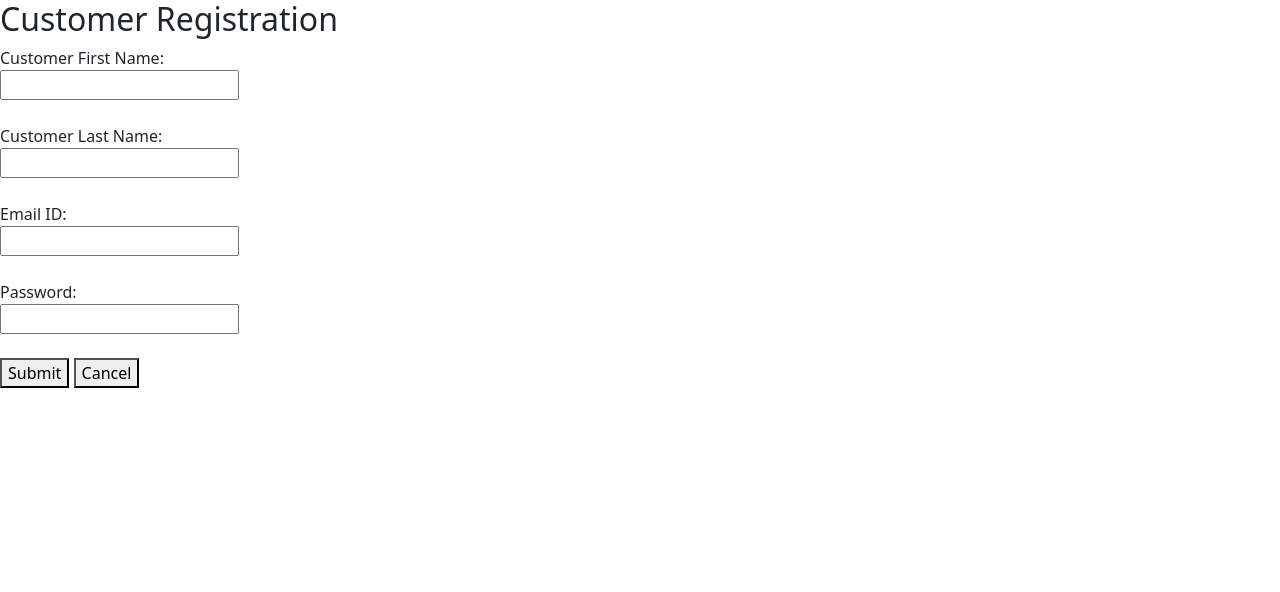
Repository: RMVLajaykumar/monojavaee
Page: http://localhost/13-bankapplication-demo/add-new-customer.jsp
An editor plug-in stored every save of this project. The page is shown before and after a run of saves, followed by the edit.
The browser window is 1280 px wide. The pictures show the whole page.
The page is served by Tomcat 9. Nobody is signed in. The application's start-up code is not run.

Above is the page before, as saved 2024-07-19 18:01:59.

After the next 3 saves:
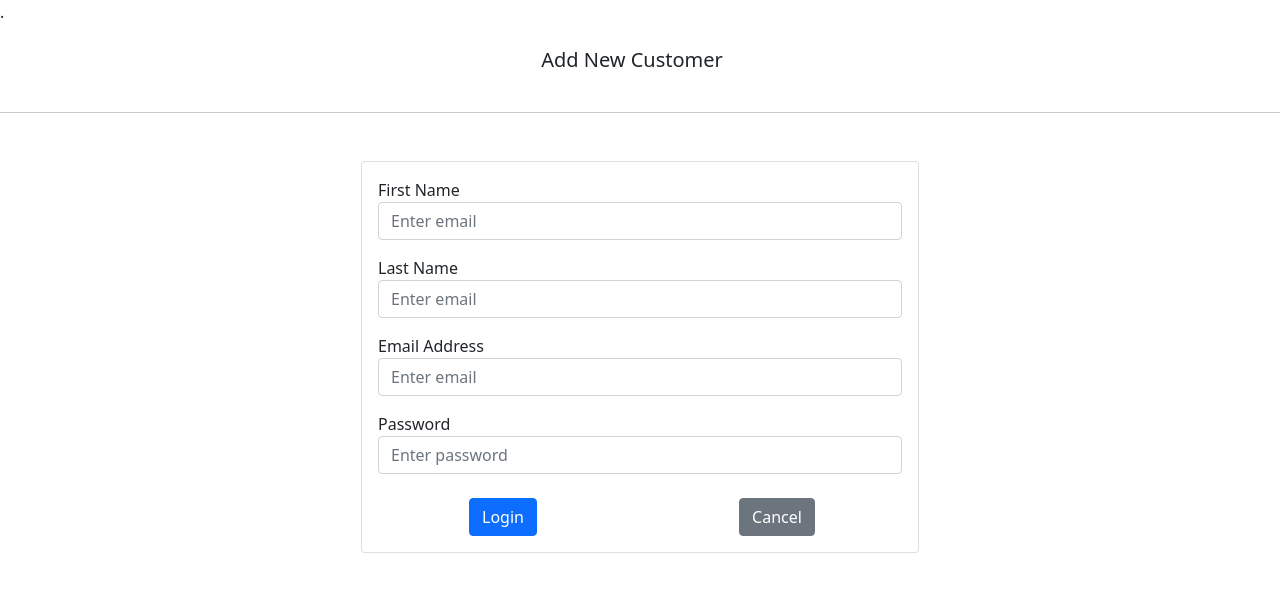
The 3 saves are shown as one change because 2 did not build or start.
The last was saved 8 min 53 s later.
--- a/13-bankapplication-demo/WebContent/add-new-customer.jsp
+++ b/13-bankapplication-demo/WebContent/add-new-customer.jsp
@@ -16,44 +16,55 @@
 	crossorigin="anonymous"></script>
 
 </head>
-<style>
-    .body {
-        display: flex;
-        justify-content: center;
-        align-items: center;
-        height: 100vh;
-    }
-    .submit_form {
-        background: white;
-        padding: 10px;
-        border-radius: 10px;
-        box-shadow: 0 0 10px rgba(0, 0, 0, 0.1);
-    }
-    .submit_form input {
-        margin-bottom: 10px;
-    }
-    .submit_form button {
-        width: 100%;
-    }
-</style>
-<body>
-  <h2>Customer Registration</h2>
-    <form action="submit_form" method="post">
-        <label for="firstName">Customer First Name:</label><br>
-        <input type="text" id="firstName" name="firstName" required><br><br>
+    .<nav class="navbar bg-body-tertiary">
+		<div
+			class="container-fluid d-flex justify-content-center align-items-center">
+			<h1 class="navbar-brand my-2 py-2">Add New Customer</h1>
+		</div>
+	</nav>
 
-        <label for="lastName">Customer Last Name:</label><br>
-        <input type="text" id="lastName" name="lastName" required><br><br>
+	<hr />
 
-        <label for="email">Email ID:</label><br>
-        <input type="email" id="email" name="email" required><br><br>
+	<div class="container">
+		<div class="card w-50 mx-auto my-5">
+			<div class="card-body">
+				<form action="cutomer" method="post">
+					<div class="form-group mb-3">
+						<label>First Name</label> <input type="email" class="form-control"
+							name="customer-fname" placeholder="Enter email" required />
+					</div>
 
-        <label for="password">Password:</label><br>
-        <input type="password" id="password" name="password" required><br><br>
+					<div class="form-group mb-3">
+						<label>Last Name</label> <input type="email" class="form-control"
+							name="customer-lname" placeholder="Enter email" required />
+					</div>
 
-        <button type="submit">Submit</button>
-        <button type="button" onclick="window.location.href='cancel_form';">Cancel</button>
-    </form>
+					<div class="form-group mb-3">
+						<label>Email Address</label> <input type="email"
+							class="form-control" name="customer-email" placeholder="Enter email"
+							required />
+					</div>
+
+					<div class="form-group mb-3">
+						<label>Password</label> <input type="password"
+							class="form-control" name="customer-password"
+							placeholder="Enter password" required />
+					</div>
+
+					<div class="form-group row mt-4">
+						<div class="col text-center">
+							<button type="submit" class="btn btn-primary">Login</button>
+						</div>
+						<div class="col text-center">
+							<button type="submit" class="btn btn-secondary" name="action"
+								value="cancel">Cancel</button>
+						</div>
+					</div>
+				</form>
+			</div>
+		</div>
+	</div>
+
 
 </body>
 </html>
